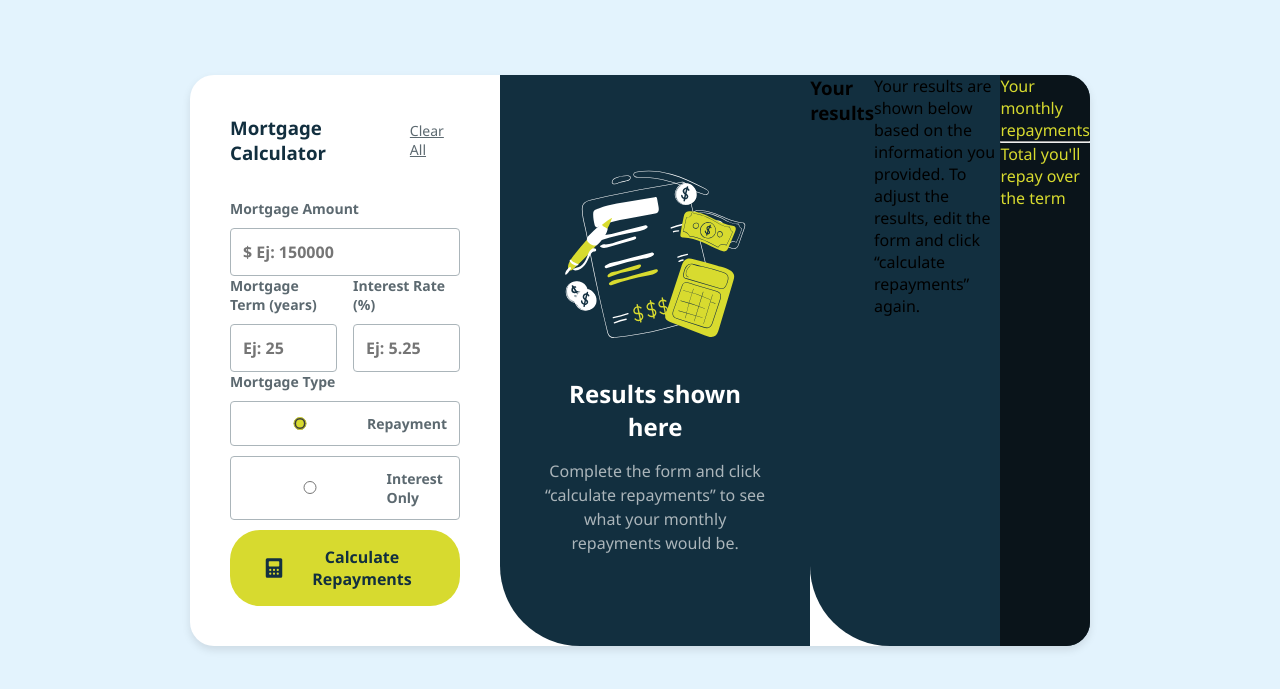
Repository: GravielPV/Mortgage-repayment-calculator
Page: index.html
An editor plug-in stored every save of this project. The page is shown before and after a run of saves, followed by the edit.
The browser window is 1280 px wide. The pictures show the whole page.

Above is the page before, as saved 2025-12-14 14:17:52.

After the next 3 saves:
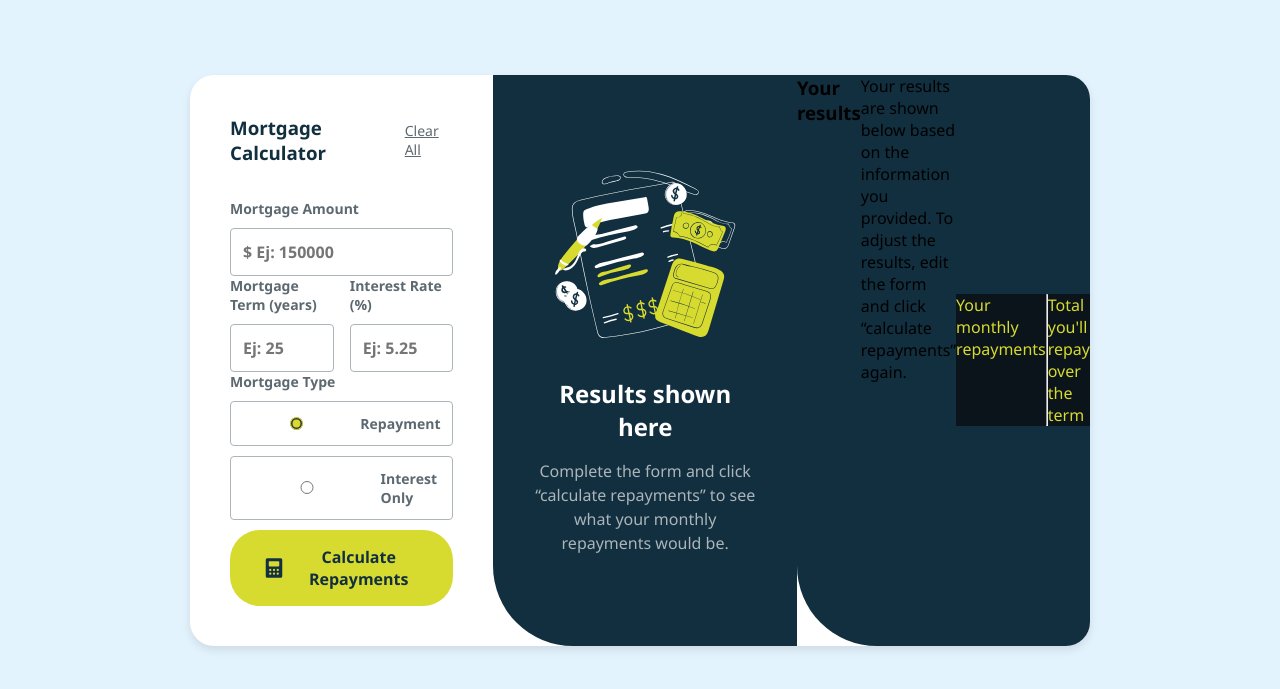
The 3 saves are shown as one change because they came seconds apart.
The last was saved 8 s later.
--- a/styles.css
+++ b/styles.css
@@ -196,7 +196,8 @@
 
     background-color: hsl(201, 46%, 7%);
     color: hsl(61, 70%, 52%);
-
+    display: flex;
+    margin: auto;
 }
 
 /* Responsive */

After the 6 saves that followed:
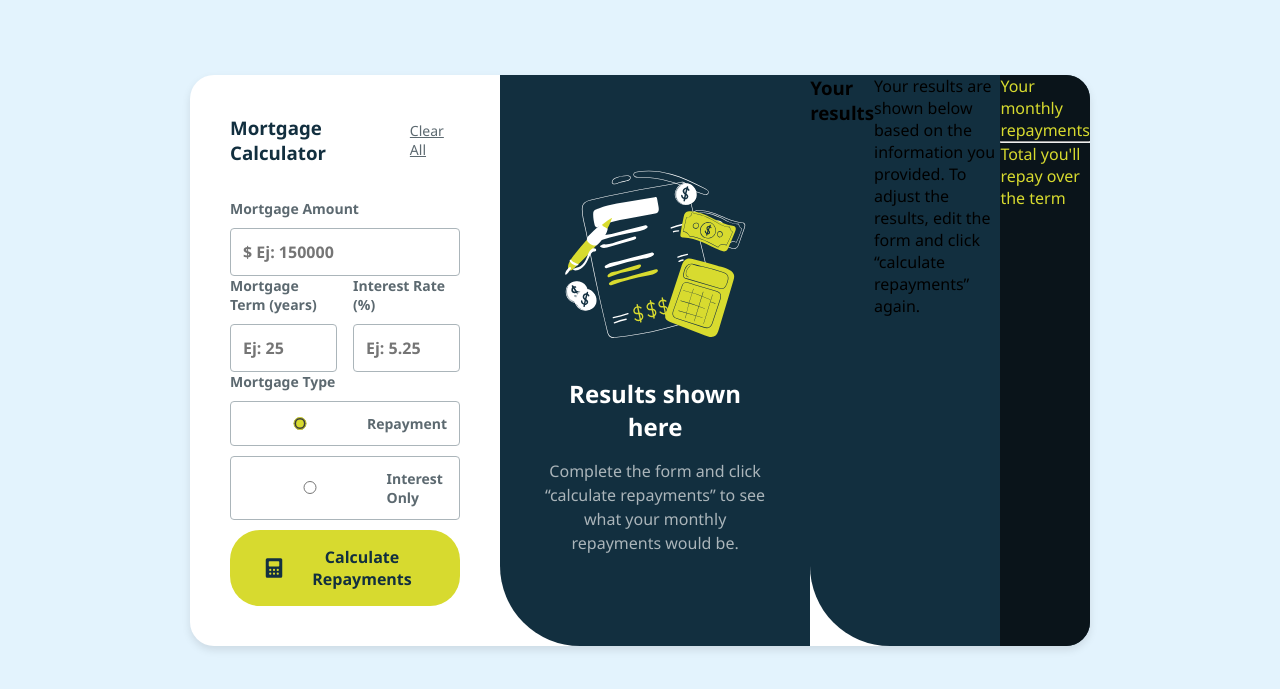
The 6 saves are shown as one change because they came seconds apart.
The last was saved 20 s later.
--- a/styles.css
+++ b/styles.css
@@ -196,8 +196,7 @@
 
     background-color: hsl(201, 46%, 7%);
     color: hsl(61, 70%, 52%);
-    display: flex;
-    margin: auto;
+ display: flex-end;
 }
 
 /* Responsive */
